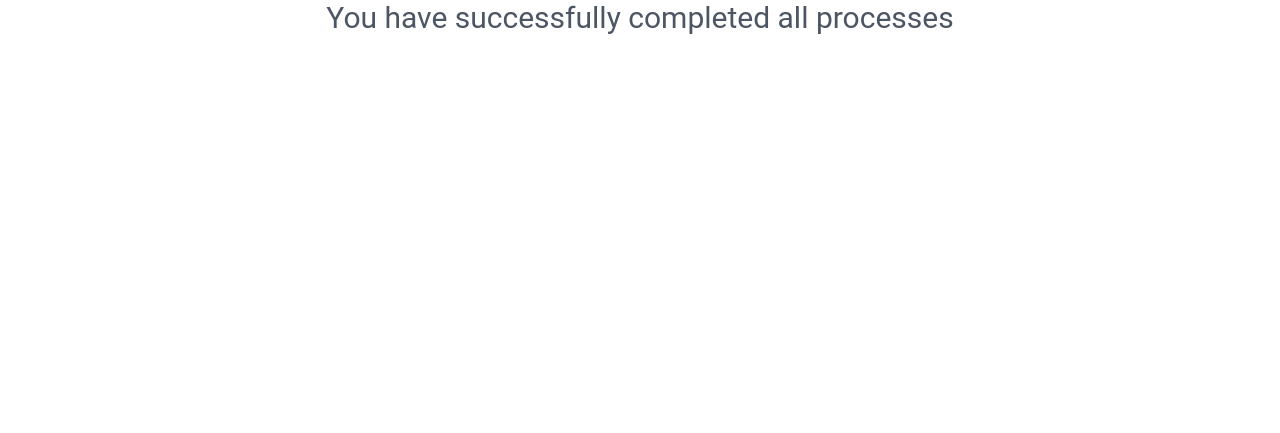
Repository: uh-sman/LottieApp
Page: /Success
These files come from the project's save history. The page is drawn as it stood at one moment and after the next save; the edit follows.
The browser window is 1280 px wide. The pictures show the whole page.
The project was rebuilt for these pictures with package versions that can differ from the ones it lists, and the page was loaded fresh each time. Also part of the build but not shown: src/App.css, src/components/Card.js, src/components/Piggybank.js, src/components/Hero.js, src/components/Maincontainer.js.

Above is the page before, as saved 2022-09-11 18:48:44.

After the next save:
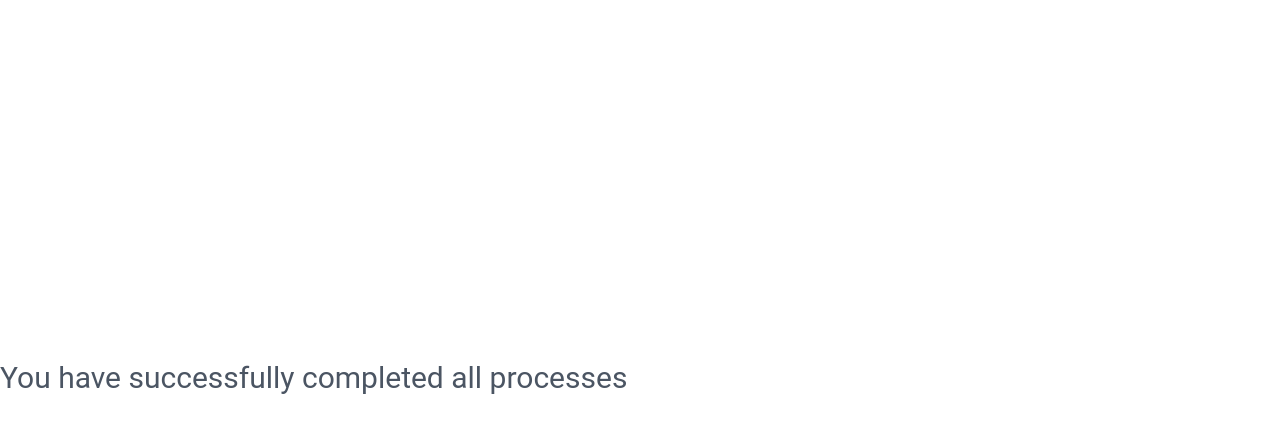
Saved 12 s later.
--- a/src/components/Success.js
+++ b/src/components/Success.js
@@ -4,7 +4,7 @@ export const Success = () => {
   return (
     <div>
       <div>
-        <h1 className="text-gray-600 text-3xl text-center relative top-[50%]">
+        <h1 className="text-gray-600 text-3xl text-center absolute top-[50%]">
           You have successfully completed all processes
         </h1>
       </div>
